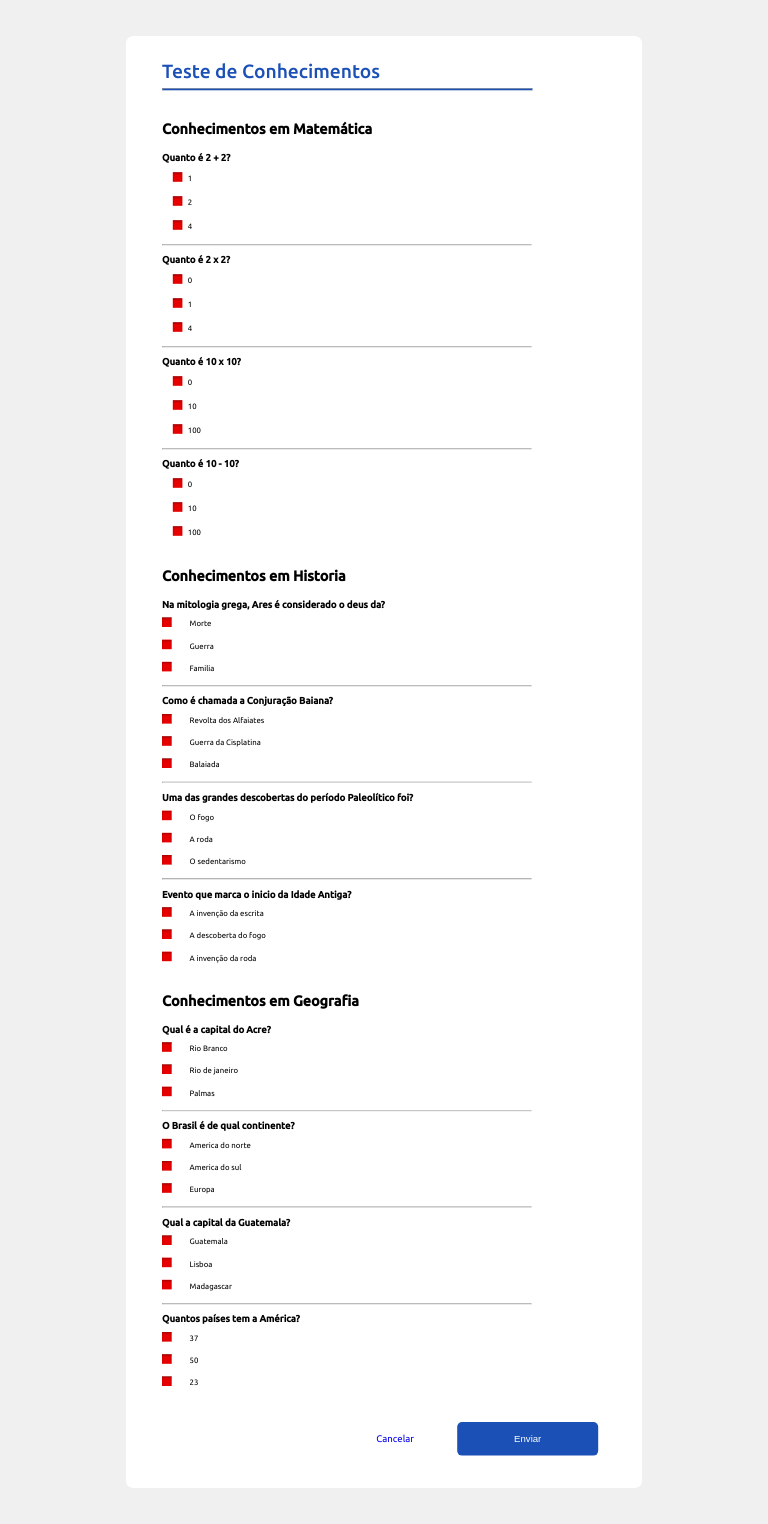
Repository: Delei09/desafioPerguntas
Page: / (app in frontend/)
The author's editor kept a copy of each file at every save. The page is drawn from the files as they stood at one save, then again after the next save.
The browser window is 1280 px wide. The pictures show the whole page, at 60% of full size.
The project was rebuilt for these pictures with package versions that can differ from the ones it lists, and the page was loaded fresh each time. A package was used in the major version that the imports need, not the one package.json lists. Also part of the build but not shown: frontend/src/styles/resultado.scss, frontend/src/page/Resultado.tsx, frontend/src/styles/gabarito.scss, frontend/src/page/Gabarito.tsx.

Above is the page before, as saved 2021-08-19 15:04:24.

### frontend/public/index.html
<!DOCTYPE html>
<html lang="Pt-Br">
  <head>
    <meta charset="utf-8" />
    <meta name="viewport" content="width=device-width, initial-scale=1" />
    <meta name="theme-color" content="#000000" />
    <link rel="preconnect" href="https://fonts.googleapis.com">
    <link rel="preconnect" href="https://fonts.gstatic.com" crossorigin>
    <link href="https://fonts.googleapis.com/css2?family=Ubuntu:wght@400;500&display=swap" rel="stylesheet">

    <title>Desafio Inatel</title>
  </head>
  <body>
    <noscript>You need to enable JavaScript to run this app.</noscript>
    <div id="root"></div>
  </body>
</html>

### frontend/src/index.tsx
import React from 'react';
import ReactDOM from 'react-dom';
import App from './App';
import './styles/global.scss'

ReactDOM.render(
  <React.StrictMode>
    <App />
  </React.StrictMode>,
  document.getElementById('root')
);

### frontend/src/App.tsx
import Rotas from './Rotas';
import ContextPerguntas  from './contexto/PerguntasContext';
import {BrowserRouter } from 'react-router-dom'


const perguntasMatematica= [  {
  pergunta: 'Quanto é 2 + 2?',
  options: [
    "1",
    "2",
    "4",
  ],
  resposta: "4",
  id: 'p1',
},{
  pergunta: 'Quanto é 2 x 2?',
  options: [
    "0",
    "1",
    "4",
  ],
  resposta: "4",
  id: 'p2',
},{
  pergunta: 'Quanto é 10 x 10?',
  options: [
    "0",
    "10",
    "100",
  ],
  resposta: "100",
  id: 'p3',
},{
  pergunta: 'Quanto é 10 - 10?',
  options: [
    "0",
    "10",
    "100",
  ],
  resposta: "0",
  id: 'p4',
}]

const perguntasHistoria= [  {
  pergunta: 'Na mitologia grega, Ares é considerado o deus da?',
  options: [
    "Morte",
    "Guerra",
    "Familia",
  ],
  resposta: "Guerra",
  id: 'p1',
},{
  pergunta: 'Como é chamada a Conjuração Baiana?',
  options: [
    "Revolta dos Alfaiates",
    "Guerra da Cisplatina",
    "Balaiada",
  ],
  resposta: "Revolta dos Alfaiates",
  id: 'p2',
},{
  pergunta: 'Uma das grandes descobertas do período Paleolítico foi?',
  options: [
    "O fogo",
    "A roda",
    "O sedentarismo",
  ],
  resposta: "O fogo",
  id: 'p3',
},{
  pergunta: 'Evento que marca o inicio da Idade Antiga?',
  options: [
    "A invenção da escrita",
    "A descoberta do fogo",
    "A invenção da roda",
  ],
  resposta: "A invenção da escrita",
  id: 'p4',
}]


const perguntasGeografia= [  {
  pergunta: 'Qual é a capital do Acre?',
  options: [
    "Rio Branco",
    "Rio de janeiro",
    "Palmas",
  ],
  resposta: "Rio Branco",
  id: 'p1',
},{
  pergunta: 'O Brasil é de qual continente?',
  options: [
    "America do norte",
    "America do sul",
    "Europa",
  ],
  resposta: "America do sul",
  id: 'p2',
},{
  pergunta: 'Qual a capital da Guatemala?',
  options: [
    "Guatemala",
    "Lisboa",
    "Madagascar",
  ],
  resposta: "Guatemala",
  id: 'p3',
},{
  pergunta: 'Quantos países tem a América?',
  options: [
    "37",
    "50",
    "23",
  ],
  resposta: "37",
  id: 'p4',
}]

function App() {


  return (
    <div className="App">
      <BrowserRouter>
        <ContextPerguntas.Provider  value = { {perguntasMatematica, perguntasHistoria, perguntasGeografia } } >
            <Rotas />
      </ContextPerguntas.Provider>
      </BrowserRouter>

    </div>
  );
}

export default App;

### frontend/src/styles/global.scss
*{
 margin:0;
 padding:0;
 box-sizing: border-box;
 text-decoration: none;
}
body{
 font-family: 'Ubuntu', sans-serif;
 background: #F0F0F0;

}
.App{
 padding-left: 60px ;
 padding-top: 40px;
 background: #FFFFFF;
 max-width: 860px;
 height: 100%;
 min-height: 500px;
 border-radius: 12px;
 margin:60px auto;
}
label {
 display: inline-block;
 cursor: pointer;
 position: relative;
 padding-left: 25px;
 margin-right: 15px;
 font-size: 13px;
}

/* Escondemos o radio original */
input[type=radio] {
 opacity: 0;
}

/* Usamos o pseudo-element :before para recriar o novo radio */
label:before {
 content: "";
 display: inline-block;

 width: 16px;
 height: 16px;


 margin-right: 10px;
 position: absolute;
 left: 0;
 bottom: 1px;
 background-color: rgb(230, 0, 0);
 box-shadow: inset 0px 2px 3px 0px rgba(0, 0, 0, 0.3), 0px 1px 0px 0px rgba(255, 255, 255, .8);
}

/* CSS Responsavel por definir o estilo para radio Checkado */
input[type=radio]:checked + label:before {
 content: "v";
 color: #030303;
 font-size: 18px;
 text-align: center;
 line-height: 18px;
}

### frontend/src/Rotas.tsx
import React from 'react';
import { useState } from 'react';
import Home from './page/Home';
import { Route, Switch  } from 'react-router-dom'
import Resultado from './page/Resultado';
import Gabarito from './page/Gabarito';
import ContextResposta from './contexto/RespostaContext';

type perguntaType =  {

    p1 : string,
    p2 : string,
    p3 : string,
    p4 : string

   }

const Rotas = () => {

 const [respMat, setRespMat] = useState<perguntaType>({} as perguntaType)
 const [respHis, setRespHis] = useState<perguntaType>({} as perguntaType)
 const [respGeo, setRespGeo] = useState<perguntaType>({} as perguntaType)
 return(

    <Switch>
        <ContextResposta.Provider value = {{ respMat , respHis , respGeo }} >
            <Route exact  path = '/'>
                <Home setMat = {setRespMat} setHis = {setRespHis}  setGeo = {setRespGeo} />
            </Route>
            <Route  path = '/resultado'>
                <Resultado />
            </Route>
            <Route  path = '/gabarito'>
                <Gabarito />
            </Route>
      </ContextResposta.Provider>
  </Switch>

 )
} ;

export default Rotas;

### frontend/src/contexto/PerguntasContext.ts
import { createContext} from 'react'

type perguntaType =  {
 pergunta: string;
 options: string[];
 resposta: string;
 id: string;
}[]

type contextType = {
 perguntasHistoria : perguntaType,
 perguntasMatematica : perguntaType,
 perguntasGeografia : perguntaType,
}
const ContextPerguntas   = createContext<contextType>( {} as contextType)
export default ContextPerguntas

### frontend/src/page/Home.tsx
import React , {useContext , useState}from 'react';
import Header from '../components/Header'
import ContainerMain  from '../components/ContainerMain';
import ContextPerguntas from '../contexto/PerguntasContext';
import {Link, useHistory} from 'react-router-dom'
import '../styles/home.scss'

const Home = (props : any) => {


type respostaType = {
   p1 : string ,
   p2 : string ,
   p3 : string ,
   p4 : string ,
}

const inicialResposta= {
   p1 : '' ,
   p2 : '' ,
   p3 : '' ,
   p4 : '' ,
}
   const [respostaMatematica , setRespostaMatematica] =  useState<respostaType>(inicialResposta)
   const [respostaHistoria , setRespostaHistoria] =  useState<respostaType>(inicialResposta)
   const [respostaGeografia , setRespostaGeografia] =  useState<respostaType>(inicialResposta)
   const {perguntasMatematica, perguntasHistoria, perguntasGeografia}  = useContext(ContextPerguntas)
   const [erro, setErro] = useState<string>('')
   let history = useHistory()

   function estado(e : any){

      e.preventDefault()
      if(respostaGeografia.p1 === '' || respostaGeografia.p2 === '' || respostaGeografia.p3 === '' || respostaGeografia.p4 === '' ||
      respostaHistoria.p1 === '' || respostaHistoria.p2 === '' || respostaHistoria.p3 === '' || respostaHistoria.p4 === '' ||
      respostaMatematica.p1 === '' || respostaMatematica.p2 === '' || respostaMatematica.p3 === '' || respostaMatematica.p4 === ''){
         setErro('Preencha todas as respostas')

      }else{
         setErro('')
         props.setMat(respostaMatematica)
         props.setHis(respostaHistoria)
         props.setGeo(respostaGeografia)
         history.push('/resultado')

      }

   }
 return(
<>
   <Header titulo = 'Teste de Conhecimentos' />

   <ContainerMain titulo = 'Conhecimentos em Matemática'>
      {perguntasMatematica.map( (questao,i ) => {
      return(
         <div key={questao.id}>
         <h4>{questao.pergunta}</h4>
         <div className = 'mainOpcao'>
         {questao.options.map( (option, i) => {
            return(
               <div className = 'divInputLabel'>
                    <input  type="radio" id = {option} onChange = {(e: React.ChangeEvent<HTMLInputElement>)=> {
                     setRespostaMatematica({...respostaMatematica , [questao.id] : option  } )               } }
                  name={`mat${questao.id}`} value= {option} />
                    <label key = {i}  htmlFor= {option}>  {option}  </label>

                </div>
            )
         })}
         </div>
         {i < 3 ? <hr/> : ''}
         </div>
      )
      })}
   </ContainerMain>
   <ContainerMain titulo = 'Conhecimentos em Historia'>

{perguntasHistoria.map((questao, i) => {
      return(
         <div key={questao.id}>
         <h4>{questao.pergunta}</h4>
         <div className = 'mainOpcao'>
         {questao.options.map( (option, i) => {
            return(
               <label key = {i}>  <input name={`his${questao.id}`} type="radio" id = {questao.id} onChange = {(e: React.ChangeEvent<HTMLInputElement>)=> {
                  setRespostaHistoria({...respostaHistoria , [questao.id] : option  } )               } }
               /> {option}  </label>
            )
         })}
         </div>
         {i < 3 ? <hr/> : ''}
         </div>
      )
      })}
   </ContainerMain>
   <ContainerMain titulo = 'Conhecimentos em Geografia'>

{perguntasGeografia.map((questao, i) => {
      return(
         <div key={questao.id}>
         <h4>{questao.pergunta}</h4>
         <div className = 'mainOpcao'>
         {questao.options.map( (option, i) => {
            return(
               <>
               <label key = {i}>  <input name={`geo${questao.id}`}type="radio" id = {questao.id} onChange = {(e: React.ChangeEvent<HTMLInputElement>)=> {
                  setRespostaGeografia({...respostaGeografia , [questao.id] : option  } )               } }
               /> {option}  </label></>
            )
         })}
         </div>
         {i < 3 ? <hr/> : ''}
         </div>
      )
      })}
   </ContainerMain>
   <h4 className = 'erro'>{erro}</h4>
   <div className = 'divButton'>
      <Link to = '/' >Cancelar</Link>
      <button onClick = {e => estado(e)}>Enviar</button>
   </div>
   </>
 )
}

export default Home

### frontend/src/contexto/RespostaContext.ts
import { createContext} from 'react'

type perguntaType =  {

 p1 : string,
 p2 : string,
 p3 : string,
 p4 : string,
 prop? : string

}

type contextType = {
 respHis : perguntaType,
 respMat : perguntaType,
 respGeo : perguntaType,
}
const ContextResposta   = createContext<contextType>( {} as contextType)
export default ContextResposta

### frontend/src/components/Header.tsx
import React from 'react';
import '../styles/header.scss'


type headerType = {
 titulo: string;
}


const Header = (props : headerType) => {

 return(
  <header className="headerApp">
   {props.titulo}
   <hr className="headerLinha"/>
  </header>
 )
} ;

export default Header

### frontend/src/components/ContainerMain.tsx
import React from 'react';
import '../styles/containerMain.scss'

type mainType = {
 titulo : string
}


const Main: React.FC<mainType> = ({...props}) => {

 return(
  <section>
       <h2>{props.titulo}</h2>
       <div>
          {props.children}
       </div>

  </section>
 )
} ;

export  default Main;

### frontend/src/styles/home.scss
.divButton{
 display : flex;
 align-items: center;
 justify-content: flex-end;
 margin-right:73px;
 margin-top: 59px;
 padding-bottom: 54px;
 gap: 72px;

  button{
   height: 56px;
   width: 235px;
   border-radius: 8px;
   background: #1B50B6;
   color : white;
   font-size: 16px;
   font-style: normal;
   font-weight: 500;
   line-height: 18px;
   border : none ;

  }
}
.erro{
  color: red;
  margin-top: 15px;
}

### frontend/src/styles/header.scss
.headerApp{
 color: #1B50B6;
 font-size: 32px;
 font-style: normal;
 font-weight: 500;
 line-height: 37px;
 letter-spacing: 0em;
 text-align: left;
 width:100%;
 max-width: 618px;

 hr{
  margin-top:10px ;
  background: #1B50B6;
  height: 4px;
  width: 618px;
 }
}

### frontend/src/styles/containerMain.scss
section{
 display : flex;
 flex-direction: column;
 gap : 24px;

  >div{
   display : flex;
   flex-direction: column;
   gap : 15px;
   h4{
    margin-bottom: 15px;
   }
  }

 hr{
  background: #C4C4C4;
  height: 1px;
  max-width: 616px;
  margin-top: 22px;
 }
 h2{
  margin-top:51px
 }

}

.mainOpcao{
 display : flex;
 flex-direction: column;
 gap : 22px;
 input{
  margin-right: 5px;
 }
}

After the next save:
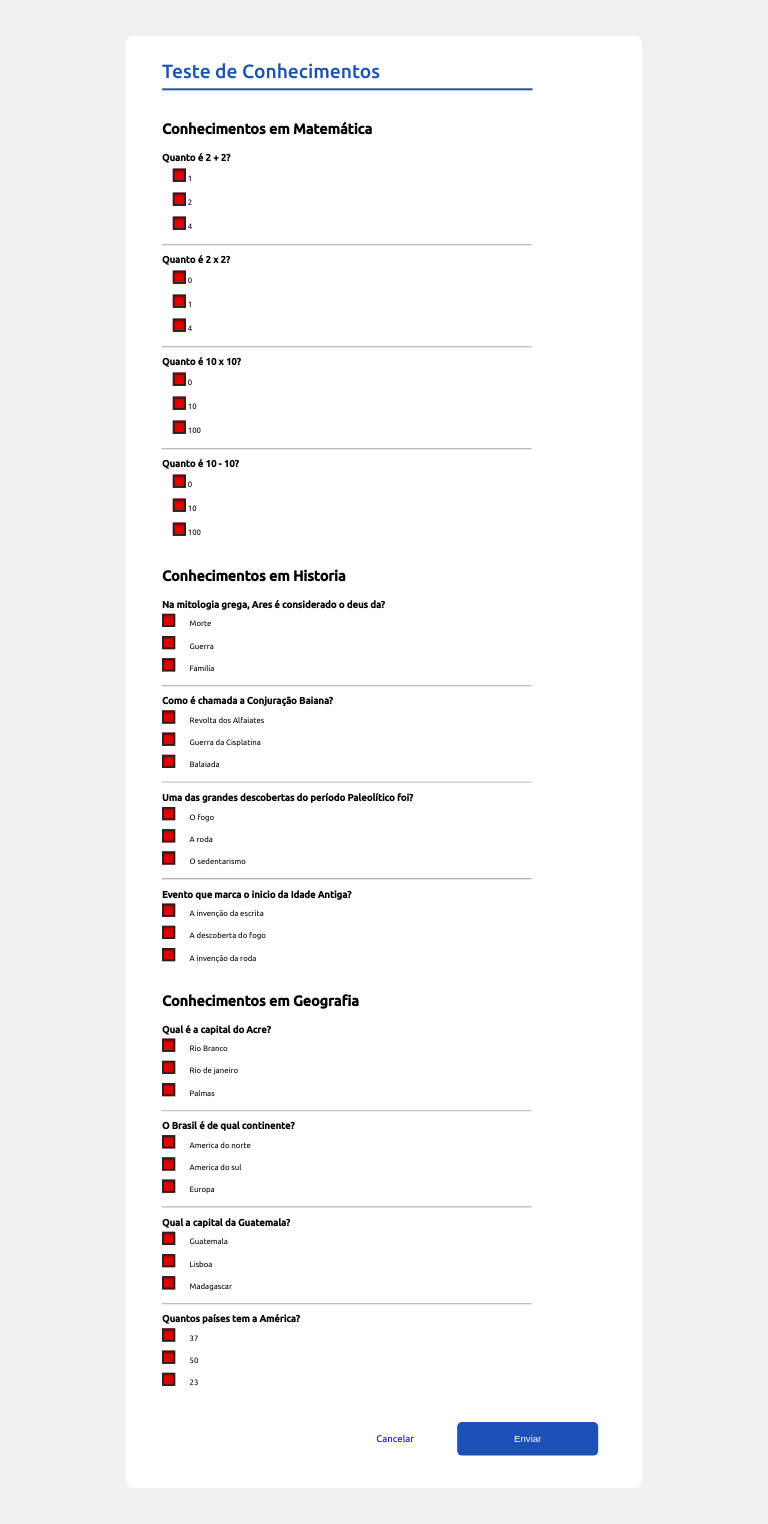
Saved 64 s later.
--- a/frontend/src/styles/global.scss
+++ b/frontend/src/styles/global.scss
@@ -46,6 +46,8 @@ label:before {
  position: absolute;
  left: 0;
  bottom: 1px;
+ border:solid #222222 3px;
+
  background-color: rgb(230, 0, 0);
  box-shadow: inset 0px 2px 3px 0px rgba(0, 0, 0, 0.3), 0px 1px 0px 0px rgba(255, 255, 255, .8);
 }
